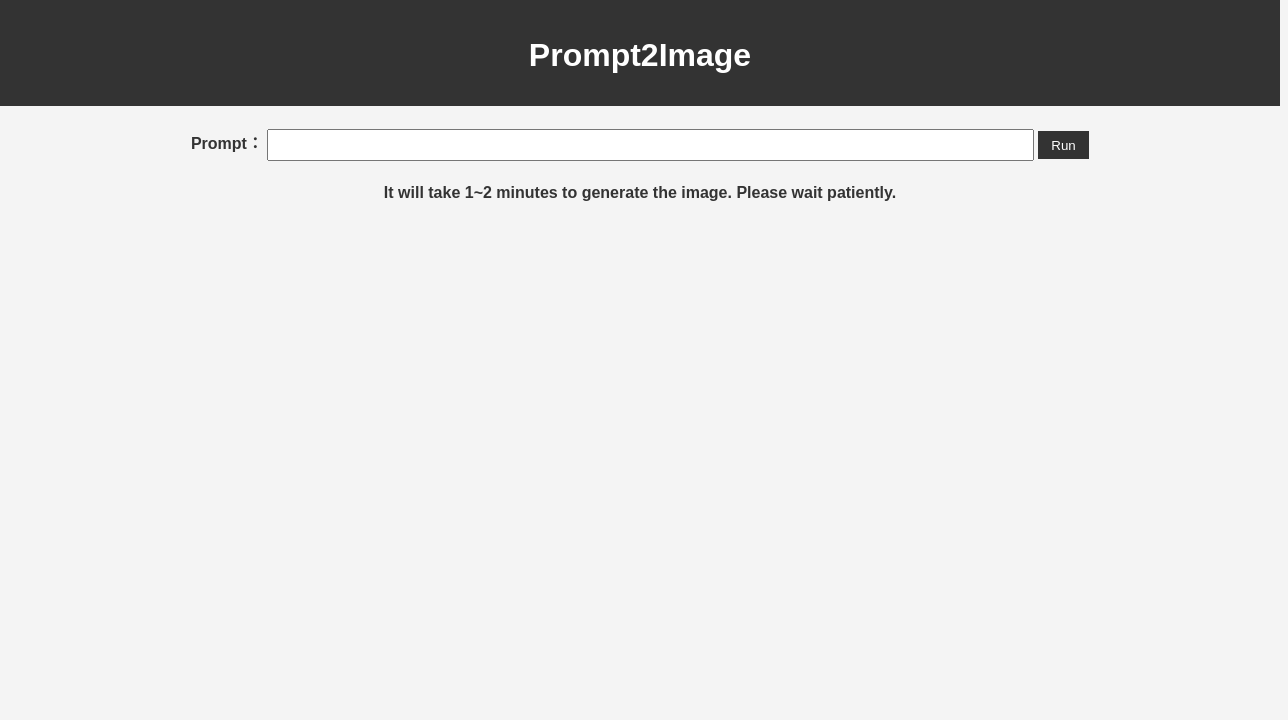
Repository: XTTTZ/Prompt2Image
Page: main3.html
These files come from the project's save history. The page is drawn as it stood at one moment and after the next save; the edit follows.
The browser window is 1280 px wide. The page is 1280 px wide, then 1288 px, so the pictures cover 1288 px, including what lies to the right of the window. The pictures show the whole page.
The page's requests for data from a server got no answer.

Above is the page before, as saved 2023-11-30 06:46:24.

### main3.html
<!DOCTYPE html>
<html lang="en">

<head>
    <meta charset="UTF-8">
    <meta name="viewport" content="width=device-width, initial-scale=1.0">
    <title>Prompt2Image</title>
    <style>
        .center-label {
            text-align: center;
        }

        body {
            font-family: 'Arial', sans-serif;
            margin: 0;
            padding: 0;
            background-color: #f4f4f4;
            color: #333;
        }

        header {
            background-color: #333;
            color: #fff;
            text-align: center;
            padding: 1em;
        }

        h1 {
            margin-bottom: 0.5em;
        }

        form {
            text-align: center;
            margin: 1em;
        }

        label {
            font-weight: bold;
            text-align: center;
        }

        input {
            padding: 0.5em;
            margin: 0.5em 0;
            width: 60%;
        }

        button {
            padding: 0.5em 1em;
            background-color: #333;
            color: #fff;
            border: none;
            cursor: pointer;
        }

        button:hover {
            background-color: #555;
        }

        #generatedImages {
            text-align: center;
            margin: 1em;
            padding: 1em;
            background-color: #fff;
            box-shadow: 0 0 10px rgba(0, 0, 0, 0.1);
        }
    </style>
</head>

<body>
    <header>
        <h1>Prompt2Image</h1>
    </header>

    <form id="searchForm">
        <label for="searchInput">Prompt：</label>
        <input type="text" id="searchInput" name="searchInput">
        <button type="button" onclick="performSearch()">Run</button>
    </form>
    <label>
        <p>It will take 1~2 minutes to generate the image. Please wait patiently.</p>
    </label>
    <label id="timeValue"></label>

    <div id="searchResult"></div>

    <!-- Display generated images -->
    <div style="display:none" id="generatedImages"></div>

    <button id="downloadButton" onclick="downloadImages()" style="display:none">Download Images</button>

    <script>
        var server_addr = '34.41.197.174';
        var ip_addr;
        var second = 0;
        var clock;
        fetch('http://' + server_addr + '/ip', {
            method: 'GET',
            headers: {
                'Content-Type': 'application/x-www-form-urlencoded',
            },
        })
            .then(response => { return response.json() })
            .then(data => {
                ip_addr = data.ip_addr;
                console.log('ip_addr');
            }
            );
        function startTimer() {
            clearInterval(clock);
            clock = setInterval(timer, 1000);
            second = 0;
            timeValue.style.display = 'block';
            document.getElementById('timeValue').innerText = 'Run Time: ' + second + 's';
        }

        function timer() {
            second++;
            document.getElementById('timeValue').innerText = 'Run Time: ' + second + 's';
        }

        function stopTimer() {
            clearInterval(clock);
            clock = null;
            console.log('timerstop');
            document.getElementById('timeValue').innerText = 'Run Time: ' + second + 's';
        }

        function performSearch() {
            var searchInput = document.getElementById('searchInput').value;
            if (searchInput == '') {
                document.getElementById('timeValue').innerText = 'Please type your prompt!';
            }
            else {
                document.getElementById('generatedImages').style.display = 'none';
                document.getElementById('downloadButton').style.display = 'none';
                fetch('http://' + server_addr + ':5000/search', {
                    method: 'POST',
                    headers: {
                        'Content-Type': 'application/x-www-form-urlencoded',
                    },
                    body: 'text=' + encodeURIComponent(searchInput)
                })
                    .then(response => {
                        return response.json();
                    })
                    .then(data => { checkStatusPic() });
                startTimer();
            }
        }

        function checkStatusPic() {
            stopTimer();
            var generatedImagesContainer = document.getElementById('generatedImages');
            var downloadButton = document.getElementById('downloadButton');

            // Clear previous content
            generatedImagesContainer.innerHTML = '';

            // Append image elements dynamically
            var img = document.createElement('img');
            img.src = 'http://' + server_addr + '/image/' + ip_addr + '/0?time=' + new Date().getTime();
            generatedImagesContainer.appendChild(img);
            // Display the container and download button
            generatedImagesContainer.style.display = 'block';
            downloadButton.style.display = 'block';
        }

        function downloadImages() {
            // Create a link element for each image and trigger download
            var url = 'http://' + server_addr + '/image/' + ip_addr + '/0?time=' + new Date().getTime();
            var downloadLink = document.createElement('a');
            downloadLink.href = url;
            // 指定下载的文件名，您可以根据需要更改它
            downloadLink.download = 'image.png';
            // 将 <a> 元素添加到文档中并点击它
            document.body.appendChild(downloadLink);
            downloadLink.click();
            // 清理并移除 <a> 元素
            document.body.removeChild(downloadLink);
        }
    </script>
</body>

</html>

After the next save:
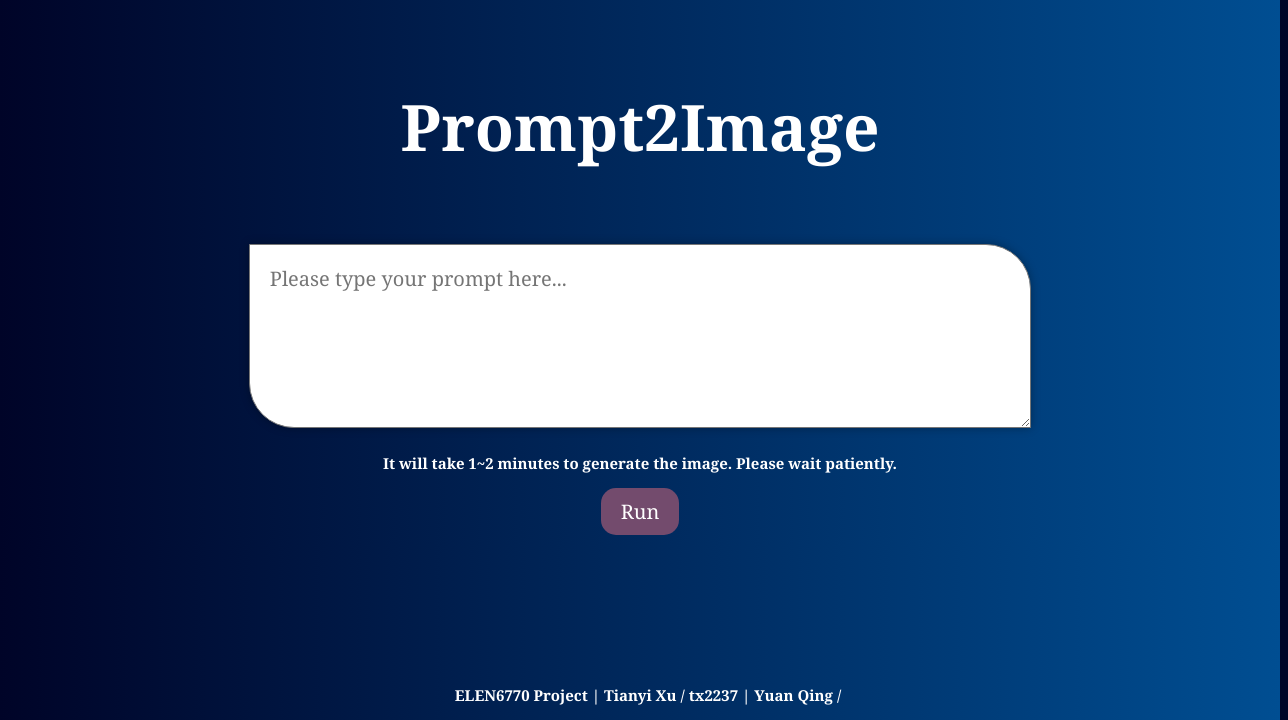
Saved 14 h 52 min later.
--- a/main3.html
+++ b/main3.html
@@ -11,18 +11,19 @@
         }
 
         body {
-            font-family: 'Arial', sans-serif;
-            margin: 0;
-            padding: 0;
-            background-color: #f4f4f4;
-            color: #333;
+            font-family: Georgia, serif;
+            background: linear-gradient(to right, #000428, #004e92);
+            /* 使图片覆盖整个背景 */
+            color: #fff
         }
 
         header {
-            background-color: #333;
+            background-color: rgba(0, 0, 0, 0);
             color: #fff;
             text-align: center;
             padding: 1em;
+            font-family: Georgia, serif;
+            font-size: 32px;
         }
 
         h1 {
@@ -30,27 +31,49 @@
         }
 
         form {
-            text-align: center;
-            margin: 1em;
+            display: flex;
+            /* 设置为Flex容器 */
+            flex-direction: column;
+            /* 子元素垂直堆叠 */
+            align-items: center;
+            /* 垂直居中 */
+            justify-content: center;
+            /* 水平居中，如果需要 */
+            height: 100%;
+            /* 根据需要设置高度 */
+            font-size: 20px;
         }
 
         label {
             font-weight: bold;
             text-align: center;
-        }
-
-        input {
-            padding: 0.5em;
+            font-size: 15px;
+        }
+
+        textarea {
+            padding-left: 1em;
+            padding-top: 1em;
             margin: 0.5em 0;
             width: 60%;
+            height: 8em;
+            text-align: left;
+            vertical-align: top;
+            font-size: 20px;
+            border-radius: 0px 45px;
+            box-shadow: 0 0 10px rgba(0, 0, 0, 0.3);
+            font-family: Georgia, serif;
+
         }
 
         button {
             padding: 0.5em 1em;
-            background-color: #333;
+            background-color: #734b6d;
             color: #fff;
             border: none;
             cursor: pointer;
+            border-radius: 15px;
+            font-size: 20px;
+            font-family: Georgia, serif;
         }
 
         button:hover {
@@ -58,6 +81,7 @@
         }
 
         #generatedImages {
+            border-radius: 15px;
             text-align: center;
             margin: 1em;
             padding: 1em;
@@ -73,14 +97,16 @@
     </header>
 
     <form id="searchForm">
-        <label for="searchInput">Prompt：</label>
-        <input type="text" id="searchInput" name="searchInput">
+        <textarea placeholder="Please type your prompt here..." type="text" id="searchInput"
+            name="searchInput"></textarea>
+        <label>
+            <p>It will take 1~2 minutes to generate the image. Please wait patiently.</p>
+        </label>
+    </form>
+    <form id="generateForm">
         <button type="button" onclick="performSearch()">Run</button>
+        <label id="timeValue"></label>
     </form>
-    <label>
-        <p>It will take 1~2 minutes to generate the image. Please wait patiently.</p>
-    </label>
-    <label id="timeValue"></label>
 
     <div id="searchResult"></div>
 
@@ -88,6 +114,10 @@
     <div style="display:none" id="generatedImages"></div>
 
     <button id="downloadButton" onclick="downloadImages()" style="display:none">Download Images</button>
+
+    <label style="position:absolute; bottom:0; text-align: center;width:100%">
+        <p>ELEN6770 Project | Tianyi Xu / tx2237 | Yuan Qing / </p>
+    </label>
 
     <script>
         var server_addr = '34.41.197.174';
